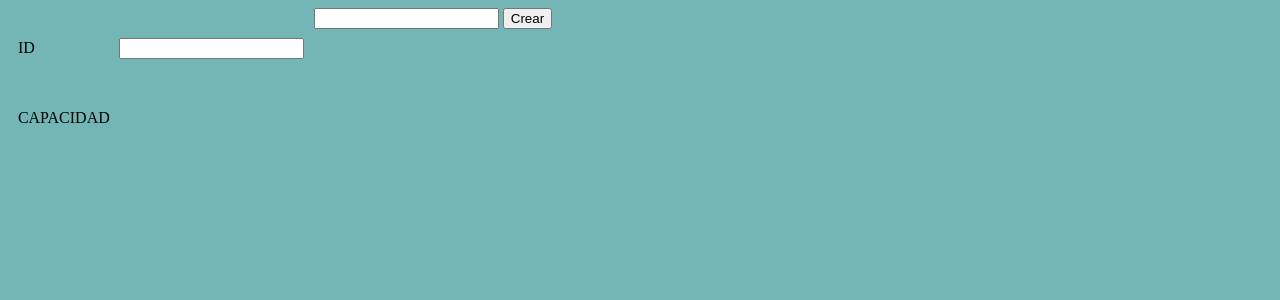
Repository: Robin-Rivadeneira/prueva_pablo
Page: index.html
The author's editor kept a copy of each file at every save. The page is drawn from the files as they stood at one save, then again after a run of saves.
The browser window is 1280 px wide. The pictures show the whole page.

Above is the page before, as saved 2020-01-16 20:30:12.

After the next 2 saves:
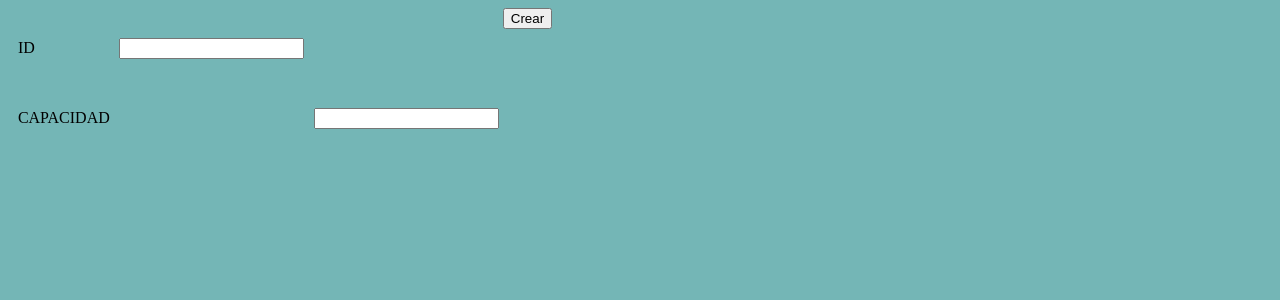
The 2 saves are shown as one change because they came seconds apart.
The last was saved 13 s later.
--- a/css/bomberos.css
+++ b/css/bomberos.css
@@ -19,5 +19,6 @@ body{
 }
 #capacidad{
     position: relative;
-    top: ;
+    top: 100px;
+
 }
